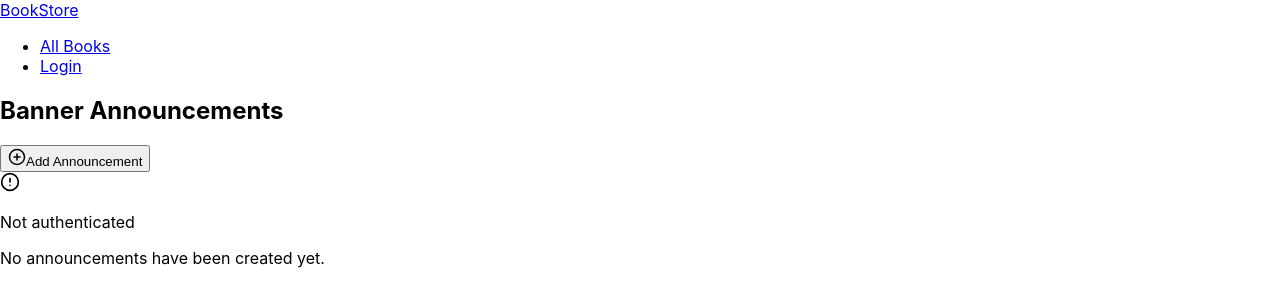
Repository: DiwasGurung/C-PokheraliDevelopers
Page: /admin/announcements (app in pokherali-developers/)
The author's editor kept a copy of each file at every save. The page is drawn from the files as they stood at one save, then again after the next save.
The browser window is 1280 px wide. The pictures show the whole page.
The project was rebuilt for these pictures with package versions that can differ from the ones it lists, and the page was loaded fresh each time. Also part of the build but not shown: pokherali-developers/src/components/Cart.js, pokherali-developers/src/components/MemberDashboard.js, pokherali-developers/src/components/AddBook.js, pokherali-developers/src/components/AdminDashboard.js, pokherali-developers/src/components/BookCatalog.js, pokherali-developers/src/components/Filter.js, pokherali-developers/src/pages/HomePage.js, pokherali-developers/src/components/Login.js and 4 more.

Above is the page before, as saved 2025-05-14 00:50:48.

After the next save:
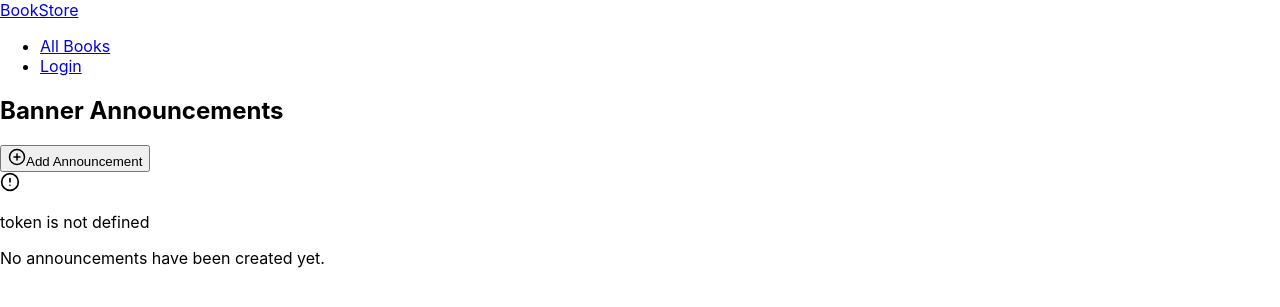
Saved 6 s later.
--- a/pokherali-developers/src/components/AdminAnnoucement.js
+++ b/pokherali-developers/src/components/AdminAnnoucement.js
@@ -27,7 +27,7 @@
   const fetchAnnouncements = async () => {
     try {
       setLoading(true);
-      const token = localStorage.getItem('user');
+      const user = localStorage.getItem('user');
 
       if (!token) {
         throw new Error('Not authenticated');

After the 2 saves that followed:
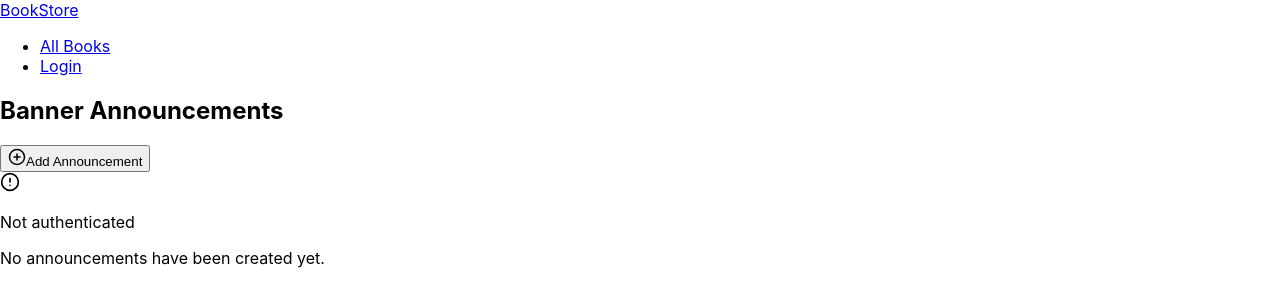
The 2 saves are shown as one change because they came seconds apart.
The last was saved 7 s later.
--- a/pokherali-developers/src/components/AdminAnnoucement.js
+++ b/pokherali-developers/src/components/AdminAnnoucement.js
@@ -29,7 +29,7 @@
       setLoading(true);
       const user = localStorage.getItem('user');
 
-      if (!token) {
+      if (!user) {
         throw new Error('Not authenticated');
       }
 
